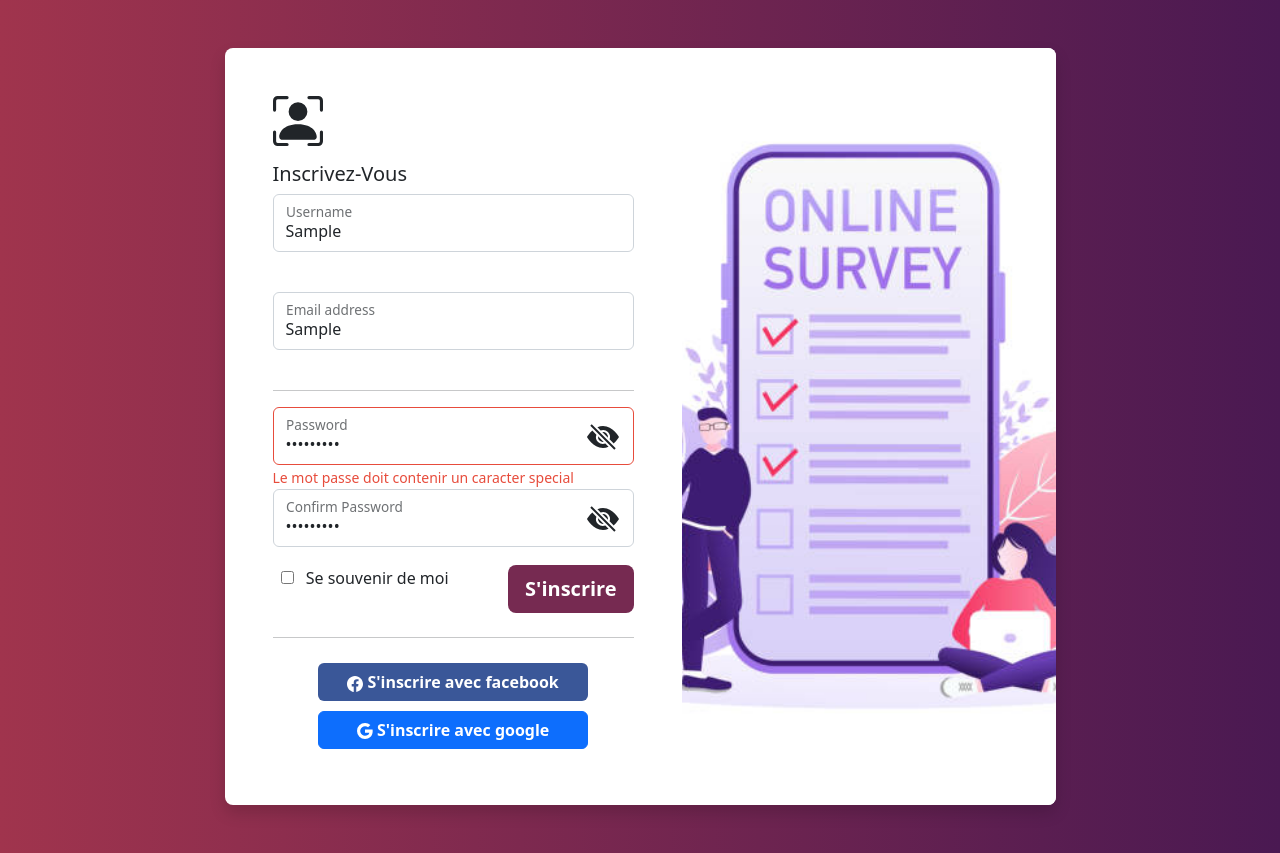
Repository: Djiamil/testsMoustaphaDER
Page: index.html
The author's editor kept a copy of each file at every save. The page is drawn from the files as they stood at one save, then again after a run of saves.
The browser window is 1280 px wide. The pictures show the whole page.
Empty fields were first filled with sample values (such as "Sample", 5 or name@example.com).
After loading, the first visible `#password` was changed once.

Above is the page before, as saved 2022-12-09 11:35:36.

After the next 3 saves:
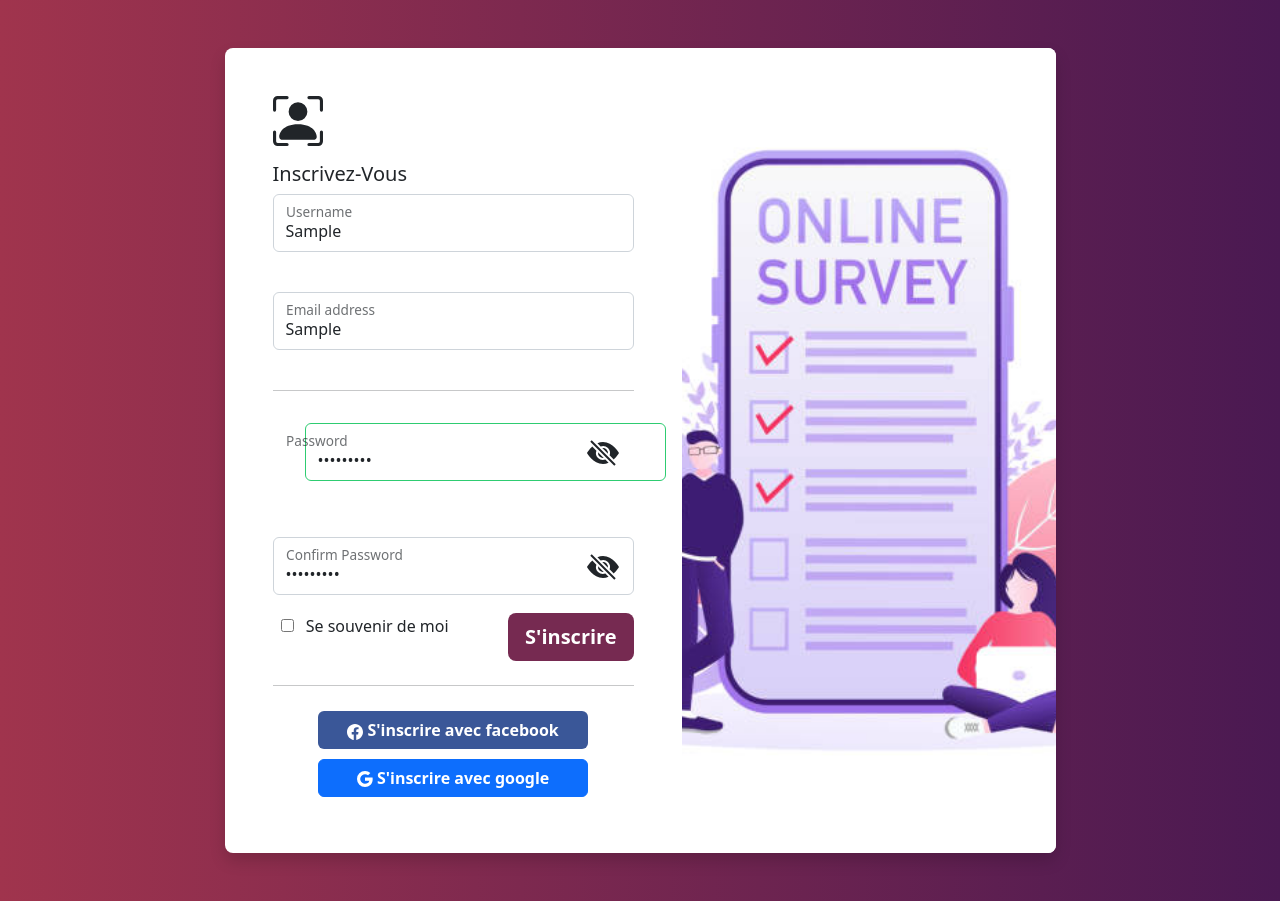
The 3 saves are shown as one change because they came seconds apart.
The last was saved 12 s later.
--- a/script.js
+++ b/script.js
@@ -30,8 +30,9 @@ function checkPass(){//Cette fonction verifie le mot de passe
     let mdp = this.value;
     if(/[a-z]/.test(mdp)){
         showSuccess(password)
-    }else{}
+    }else{
     showError(password,"Le mot passe doit contenir un caracter special")
+    }
 }
 
 
